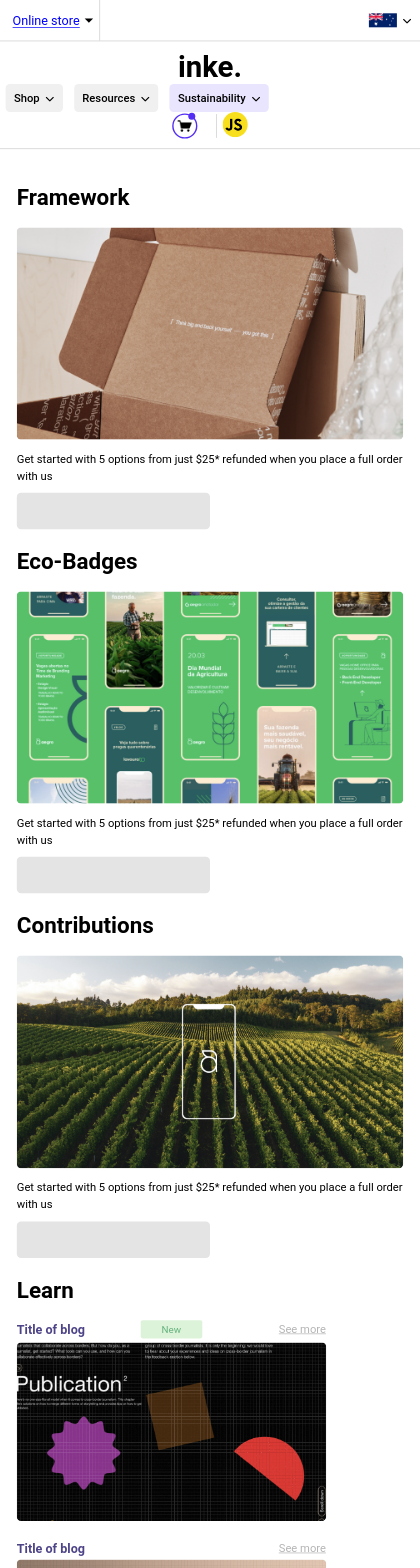
Repository: NguyenMinhKhanhB1909929/Practice_HTML-01
Page: index.html
An editor plug-in stored every save of this project. The page is shown before and after the next save, followed by the edit.
The browser window is 600 px wide. The pictures show the part of the page from y = 0 to 2240 px (the page is 2840 px tall), at 70% of full size.
Some web libraries are served in a nearby version.

Above is the page before, as saved 2022-04-07 21:39:31.

### index.html
<!DOCTYPE html>
<html lang="en">
  <head>
    <meta charset="UTF-8" />
    <meta http-equiv="X-UA-Compatible" content="IE=edge" />
    <meta name="viewport" content="width=device-width, initial-scale=1.0" />
    <title>Practice 1</title>
    <link rel="stylesheet" href="./asset/style/style.css" />
    <link
      rel="stylesheet"
      href="https://cdnjs.cloudflare.com/ajax/libs/font-awesome/6.1.1/css/all.min.css"
    />
  </head>
  <body>
    <div class="main">
      <div class="header">
        <div class="header__about">
          <div class="header__about-text">
            <a href="" class="active">Online store</a>
          </div>
          <div class="header__about-text">
            <a href="">Quotes</a>
          </div>
          <div class="header__about-text">
            <img
              src="https://emojipedia-us.s3.dualstack.us-west-1.amazonaws.com/thumbs/120/google/313/waving-hand_1f44b.png"
              alt=""
              class="header__about-text__img"
            />
            <p class="m-0">
              <a href="">Contact us</a>
            </p>
          </div>
        </div>
        <div class="header__nation">
          <div class="header__nation-wrap">
            <div class="header__nation-flag">
              <img
                src="./asset/img/Australia.svg.webp"
                alt="abc"
                class="header__nation-flag-img"
              />
            </div>
            <div class="header__nation-name">
              <p class="m-0">Australia</p>
            </div>
            <div class="header__nation-icon">
              <i class="fa-solid fa-chevron-down"></i>
            </div>
          </div>
        </div>
      </div>
      <nav class="nav">
        <div class="nav__category">
          <div class="nav__logo">
            <a href="" class="nav__logo-link">inke.</a>
          </div>

          <div class="nav__category-opt-group">
            <div class="nav__category-opt">
              <p class="nav__category-opt-name">Shop</p>
              <div class="nav__category-opt-icon">
                <i class="fa-solid fa-chevron-down"></i>
              </div>
            </div>
            <div class="nav__category-opt">
              <p class="nav__category-opt-name">Resources</p>
              <div class="nav__category-opt-icon">
                <i class="fa-solid fa-chevron-down"></i>
              </div>
            </div>
            <div class="nav__category-opt active-btn">
              <p class="nav__category-opt-name">Sustainability</p>
              <div class="nav__category-opt-icon">
                <i class="fa-solid fa-chevron-down"></i>
              </div>
            </div>
          </div>
        </div>
        <div class="nav__wrap">
          <div class="nav__icon-wrap">
            <div class="nav__icon">
              <img
                src="./asset/img/seven-pointed-star-vector-icon-seven-pointed-star-icon-vector-seven-pointed-star-icon-seven-pointed-star-vector-icon-96183751.jpg"
                alt=""
                class="nav__icon-img"
              />
            </div>
            <div class="nav__icon">
              <img
                src="./asset/img/heart-icon-free-vector.jpg"
                alt=""
                class="nav__icon-img"
              />
            </div>
            <div class="nav__icon active-icon">
              <img
                src="./asset/img/cart-icon-20.jpg"
                alt=""
                class="nav__icon-img"
              />
            </div>
          </div>
          <div class="nav__dash-wrap">
            <div class="nav__das-group">
              <p class="m-0 nav__das-text">Dashboard</p>
              <div class="nav__dash-icon">
                <i class="fa-solid fa-chevron-down"></i>
              </div>
            </div>
            <div class="nav__dash-user">
              <img
                src="./asset/img/images.png"
                alt=""
                class="nav__dash-user-img"
              />
            </div>
          </div>
        </div>
      </nav>
      <div class="container">
        <div class="row">
          <div class="col">
            <div class="container__heading">
              <p class="m-0 container__heading-name">Framework</p>
            </div>
            <div class="container__content">
              <img
                src="./asset/img/image 1.PNG"
                alt=""
                class="container__content-img"
              />
              <p class="container__content-desc">
                Get started with 5 options from just $25* refunded when you
                place a full order with us
              </p>
            </div>
            <button class="btn"></button>
          </div>
          <div class="col">
            <div class="container__heading">
              <p class="m-0 container__heading-name">Eco-Badges</p>
            </div>
            <div class="container__content">
              <img
                src="./asset/img/image2.PNG"
                alt=""
                class="container__content-img"
              />
              <p class="container__content-desc">
                Get started with 5 options from just $25* refunded when you
                place a full order with us
              </p>
            </div>
            <button class="btn"></button>
          </div>
          <div class="col">
            <div class="container__heading">
              <p class="m-0 container__heading-name">Contributions</p>
            </div>
            <div class="container__content">
              <img
                src="./asset/img/image3.PNG"
                alt=""
                class="container__content-img"
              />
              <p class="container__content-desc">
                Get started with 5 options from just $25* refunded when you
                place a full order with us
              </p>
            </div>
            <button class="btn"></button>
          </div>
          <div class="col">
            <div class="container__heading">
              <p class="m-0 container__heading-name">Learn</p>
            </div>
            <div class="container__content">
              <div class="container__content-group">
                <div class="container__content-group-img">
                  <img
                    src="./asset/img/image4.PNG"
                    alt=""
                    class="content-img"
                  />
                </div>
                <div class="container__content-group-title-more">
                  <div class="container__content-title-group">
                    <p class="container__content-title">Title of blog</p>
                    <a class="container__content-title-btn">New</a>
                  </div>
                  <a href="" class="container__content-more">See more</a>
                </div>
              </div>
              <div class="container__content-group">
                <div class="container__content-group-img">
                  <img
                    src="./asset/img/image6.PNG"
                    alt=""
                    class="content-img"
                  />
                </div>
                <div class="container__content-group-title-more">
                  <p class="container__content-title">Title of blog</p>
                  <a href="" class="container__content-more">See more</a>
                </div>
              </div>
              <div class="container__content-group">
                <div class="container__content-group-img">
                  <img
                    src="./asset/img/image7.PNG"
                    alt=""
                    class="content-img"
                  />
                </div>
                <div class="container__content-group-title-more">
                  <p class="container__content-title">Title of blog</p>
                  <a href="" class="container__content-more">See more</a>
                </div>
              </div>
            </div>
          </div>
        </div>
      </div>
    </div>
  </body>
</html>

### asset/style/style.css
* {
  box-sizing: border-box;
  margin: 0;
  font-family: "Roboto", sans-serif;
}
.m-0 {
  margin: 0;
}
.cur {
  cursor: pointer;
}
.main {
  width: 100%;
}
.header {
  padding: 0 30px;
  display: flex;
  font-size: 18px;
  justify-content: space-between;
  border-bottom: 1px solid #ccc;
}
.header__about {
  display: flex;
}
.header__about-text {
  padding: 24px 32px;
  display: flex;
  border-right: 1px solid #ccc;
}
.header__about-text:hover a {
  color: blue;
  cursor: pointer;
}
.header__about-text__img {
  width: 18px;
  height: 18px;
  display: flex;
  align-items: center;
  margin: 0 6px;
}
.header__nation {
  display: flex;
  align-items: center;
}
.header__nation-wrap {
  display: flex;
  cursor: pointer;
}
.header__nation-flag {
  display: flex;
  align-items: center;
}
.header__nation-flag-img {
  width: 40px;
}
.header__nation-name {
  padding: 24px 8px;
}
.header__nation-icon {
  display: flex;
  align-items: center;
  margin: 0 32px 0 4px;
  font-size: 13px;
}
.active {
  color: blue;
  border-bottom: 1px solid blue;
}
a {
  text-decoration: none;
  color: #000;
}

.nav {
  padding: 30px 62px;
  display: flex;
  font-size: 18px;
  justify-content: space-between;
  align-items: center;
  border-bottom: 1px solid #ccc;
}
.nav__category {
  display: flex;
  align-items: center;
}
.nav__logo {
  padding: 0 24px;
}
.nav__logo-link {
  font-size: 42px;
  font-weight: bold;
}
.nav__wrap {
  display: flex;
  align-items: center;
}
.nav__icon-wrap {
  display: flex;
  padding-right: 20px;
  position: relative;
  align-items: center;
  position: relative;
}

.nav__icon {
  width: 36px;
  height: 36px;
  border-radius: 100rem;
  border: 2px solid #ccc;
  display: flex;
  justify-content: center;
  align-items: center;
  margin-right: 8px;
  cursor: pointer;
}
.active-icon {
  border: 2px solid #552ef5;
  position: relative;
}
.active-icon::after {
  content: "";
  display: block;
  width: 10px;
  height: 10px;
  background-color: #552ef5;
  position: absolute;
  border-radius: 100rem;
  top: -3px;
  right: 1px;
}
.nav__icon-wrap::after {
  content: "";
  position: absolute;
  display: block;
  height: 34px;
  width: 1px;
  background-color: #ccc;
  right: 0;
  top: 50%;
  transform: translateY(-50%);
}
.nav__dash-wrap {
  display: flex;
  align-items: center;
}
.nav__das-text {
  margin-left: 28px;
}
.nav__dash-icon {
  font-size: 13px;
  margin: 0 12px;
}
.nav__category-opt-group {
  display: flex;
}
.nav__category-opt {
  cursor: pointer;
  width: 140px;
  height: 40px;
  border-radius: 6px;
  border: none;
  background-color: #f0f0f0;
  margin-left: 12px;
  padding: 0 12px;
  display: flex;
  align-items: center;
  justify-content: space-between;
  font-size: 16px;
  font-weight: 500;
}
.nav__category-opt:hover {
  background-color: #eae5ff;
}
.nav__category-opt-icon {
  font-size: 13px;
  font-weight: bold;
}
.nav__dash-user {
  margin-left: 8px;
}
.nav__dash-user-img {
  width: 36px;
  border-radius: 100rem;
  height: 36px;
  object-fit: cover;
}
.nav__icon-img {
  width: 28px;
  height: 28px;
  border-radius: 100rem;
}
.active-btn {
  background-color: #eae5ff;
}
.container {
  margin: 0 80px;
  padding: 50px 0 0 0;
}
.row {
  display: flex;
}
.col {
  width: 25%;
  padding: 0 12px;
}
.container__heading {
}

.container__heading-name {
  font-size: 22px;
  font-weight: 600;
}
.container__content {
  margin-top: 24px;
}
.container__content-img {
  width: 100%;
  border-radius: 6px;
  margin-bottom: 18px;
  cursor: pointer;
}
.container__content-desc {
  font-size: 13px;
  line-height: 18px;
}
.btn {
  height: 34px;
  width: 96px;
  background-color: #e4e4e4;
  border: none;
  border-radius: 6px;
  margin-top: 24px;
  cursor: pointer;
}
.container__content-group {
  display: flex;
  margin-bottom: 20px;
}
.container__content-group-img {
  margin-right: 12px;
  width: 50%;
  cursor: pointer;
}
.content-img {
  width: 100%;
  border-radius: 6px;
}
.container__content-group-title-more {
  width: 50%;
  display: flex;
  flex-direction: column;
  justify-content: space-evenly;
}
.container__content-title-group {
  display: flex;
  width: 100%;
}
.container__content-title {
  font-size: 18px;
  font-weight: 600;
  color: #4d4488;
  width: 80%;
}
.container__content-title-btn {
  font-size: 10px;
  background-color: #ddf3d9;
  width: 20%;
  height: 20px;
  border-radius: 3px;
  text-align: center;
  line-height: 24px;
  color: #66b27e;
}
.container__content-more {
  font-size: 16px;
  color: #b5b5b5;
  text-decoration: underline;
  max-width: 392px;
}
.nav__das-group {
  display: flex;
  align-items: center;
  cursor: pointer;
}

/* ---------------------Responsive------------------- */
/* PC */
@media screen and (min-width: 64em) {
}
/* Tablet */
@media screen and (min-width: 46.25em) and (max-width: 63.9375em) {
  /* Header */
  .header {
    padding: 0 0;
  }
  .header__nation-name {
    display: none;
  }
  .header__nation-icon {
    margin-left: 12px;
    margin-right: 24px;
  }
  .header__nation-flag-img {
    width: 48px;
  }
  /* Nav */
  .nav {
    padding-left: 0;
    padding-right: 0;
  }
  .nav__das-group {
    display: none;
  }
  .nav__category-opt {
    width: auto;
    height: 46px;
  }
  .nav__category-opt-name {
    margin-right: 8px;
  }
  .nav__dash-user {
    margin-left: 12px;
    margin-right: 20px;
  }
  .nav__icon-wrap {
    padding-right: 12px;
  }
  .nav__logo {
    padding-right: 12px;
  }
  /* Container */
  .container {
    margin: 0 10px;
  }
  .row {
    flex-wrap: wrap;
  }
  .col {
    width: 50%;
    margin-bottom: 32px;
    padding: 0 24px;
  }
  .btn {
    height: 46px;
    width: 120px;
    margin-top: 16px;
  }
  .container__content-desc {
    font-size: 16px;
    line-height: 24px;
  }
  .container__heading-name {
    font-size: 28px;
  }
}

/* Mobile */
@media screen and (max-width: 46.1875em) {
  /* Header */
  .header {
    padding: 0;
  }
  .header__about-text:nth-child(1) {
    padding: 18px 28px 18px 18px;
    position: relative;
    cursor: pointer;
  }
  .header__about-text:nth-child(1)::after {
    content: "";
    display: block;
    position: absolute;
    top: 56%;
    transform: translateY(-45%);
    right: 9px;
    border: 6px solid transparent;
    border-color: #000 transparent transparent transparent;
  }
  .header__about-text:nth-child(2),
  .header__about-text:nth-child(3) {
    display: none;
  }
  .header__nation-name {
    display: none;
  }
  .header__nation-icon {
    margin: 0 12px 0 8px;
  }
  /* Nav */
  .nav {
    padding: 12px 0;
    flex-direction: column;
  }
  .nav__category {
    flex-direction: column;
    width: 100%;
  }
  .nav__das-group {
    display: none;
  }
  .nav__category-opt-group {
    width: 100%;
    justify-content: flex-start;
  }
  .nav__category-opt {
    margin: 0 8px;
    width: auto;
  }
  .nav__category-opt-name {
    margin-right: 8px;
  }
  .nav__icon:nth-child(1),
  .nav__icon:nth-child(2) {
    display: none;
  }
  /* Container */
  .container {
    margin: 0 12px;
  }
  .row {
    flex-direction: column;
  }
  .col {
    width: 100%;
    margin-bottom: 24px;
  }
  .container__content-img {
    margin-bottom: 12px;
  }
  .container__heading-name {
    font-size: 32px;
  }
  .container__content-desc {
    font-size: 16px;
    line-height: 24px;
  }
  .btn {
    margin-top: 12px;
    width: 50%;
    height: 52px;
  }
  .container__content-group {
    flex-direction: column-reverse;
    margin-bottom: 24px;
  }
  .container__content-group-img {
    width: 100%;
  }
  .content-img {
    width: 80%;
  }
  .container__content-group-title-more {
    display: flex;
    flex-direction: row;
    width: 80%;
    margin-bottom: 6px;
    align-items: center;
  }
  .container__content-title {
    width: 60%;
  }
  .container__content-title-btn {
    width: 30%;
    height: 26px;
    font-size: 14px;
    line-height: 26px;
  }
  .container__content-more {
    width: 50%;
    text-align: right;
  }
  .container__content-title-group {
    align-items: center;
  }
}

After the next save:
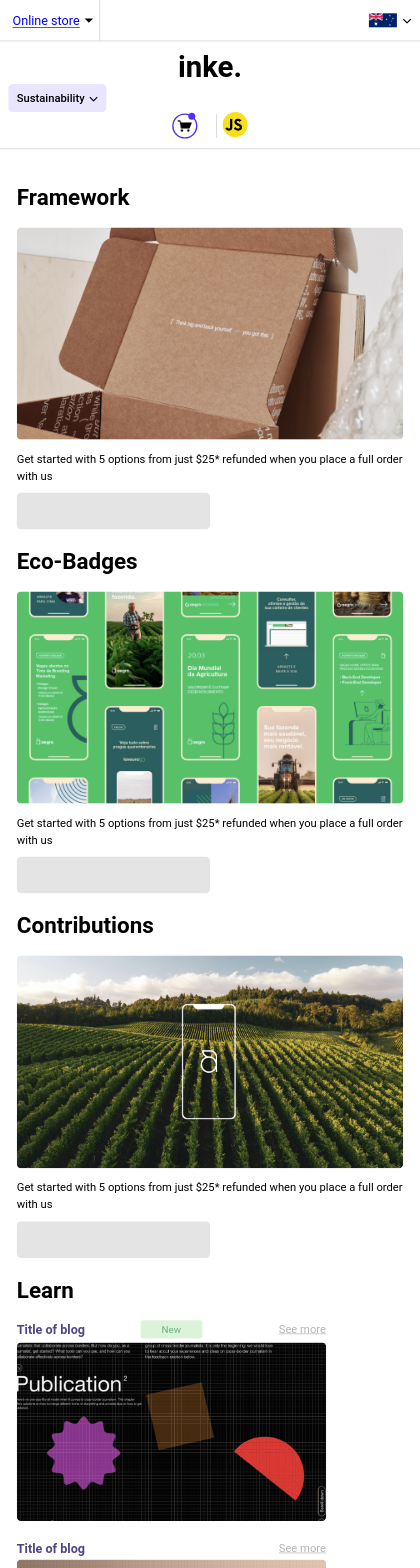
Saved 80 s later.
--- a/asset/style/style.css
+++ b/asset/style/style.css
@@ -397,16 +397,13 @@ a {
   .nav__das-group {
     display: none;
   }
+  .nav__category-opt:nth-child(1),
+  .nav__category-opt:nth-child(2) {
+    display: none;
+  }
   .nav__category-opt-group {
     width: 100%;
     justify-content: flex-start;
-  }
-  .nav__category-opt {
-    margin: 0 8px;
-    width: auto;
-  }
-  .nav__category-opt-name {
-    margin-right: 8px;
   }
   .nav__icon:nth-child(1),
   .nav__icon:nth-child(2) {
